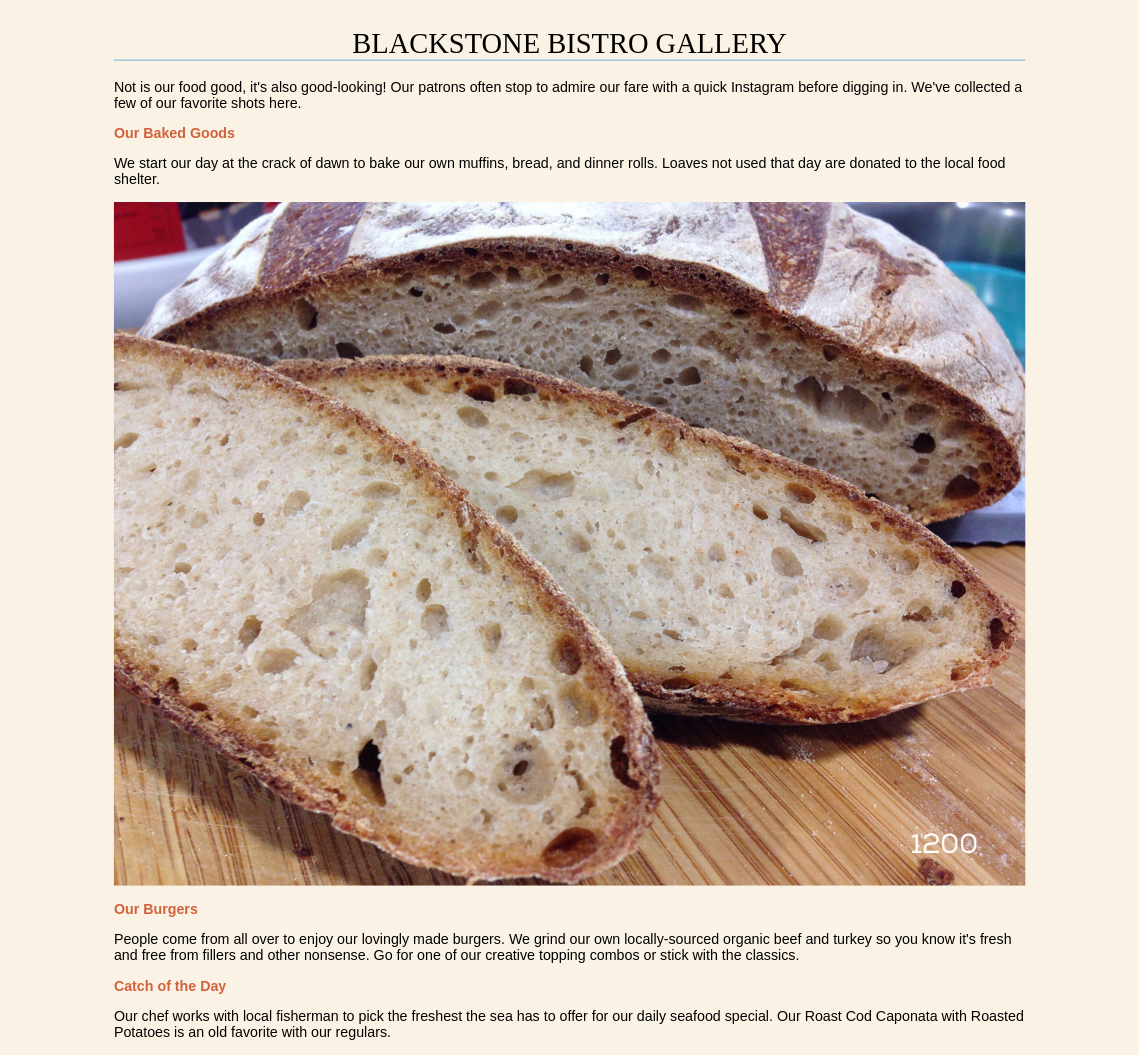
Repository: Colo-Codes/code-practice
Page: responsivegallery/index.html
An editor plug-in stored every save of this project. The page is shown before and after the next save, followed by the edit.
The browser window is 1280 px wide. The pictures show the whole page, at 89% of full size.

Above is the page before, as saved 2021-04-28 12:55:35.

After the next save:
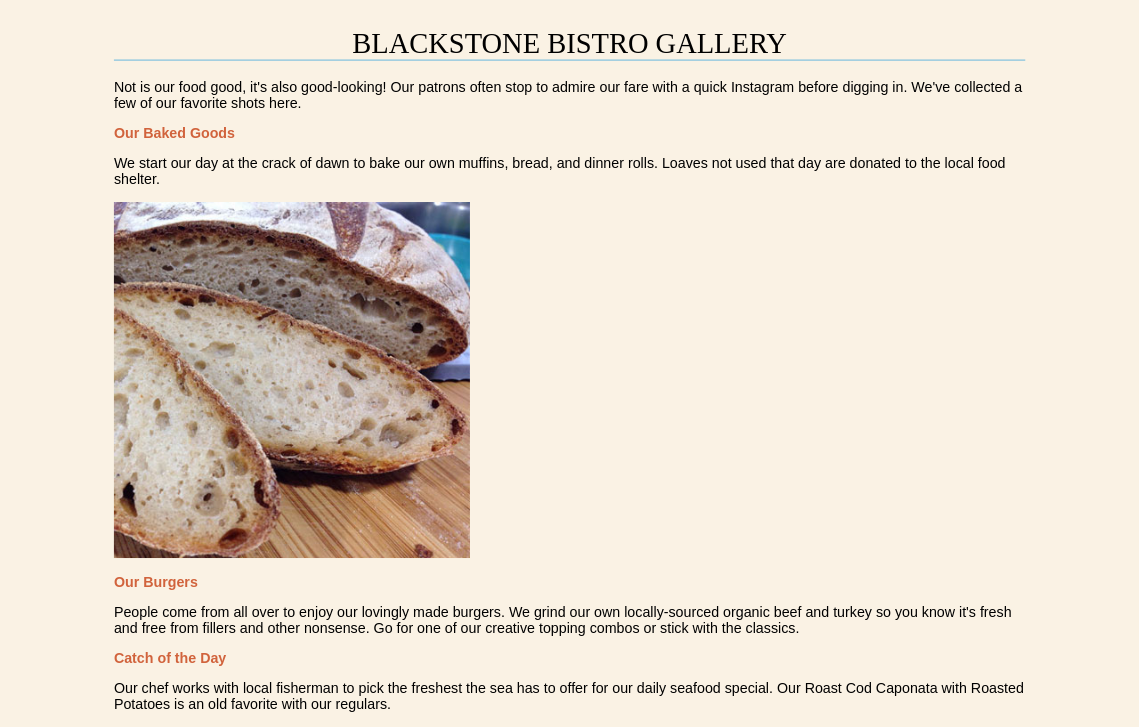
Saved 32 s later.
--- a/responsivegallery/index.html
+++ b/responsivegallery/index.html
@@ -39,7 +39,7 @@ img {
 <h2>Our Baked Goods</h2>
 <p>We start our day at the crack of dawn to bake our own muffins, bread, and dinner rolls. Loaves not used that day are donated to the local food shelter. </p>
 <picture>
-  <img src="images/bread-1200.jpg" alt="Slices of sourdough bread">
+  <img src="images/bread-400.jpg" alt="Slices of sourdough bread">
 </picture>
 
 <h2>Our Burgers</h2>
